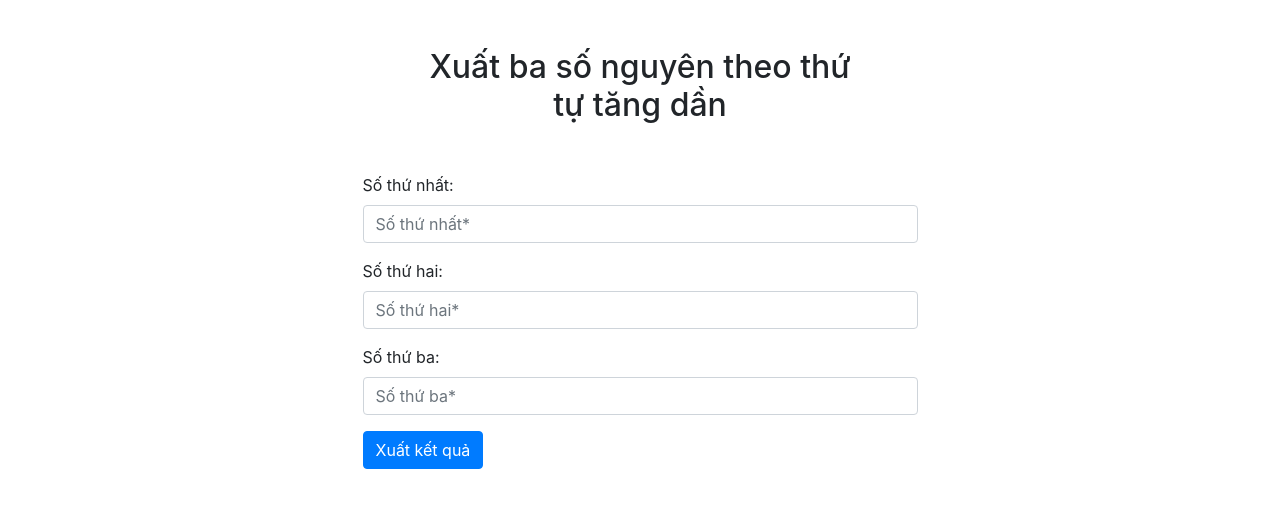
Repository: dovanthao2404/BC14_BaiTap_JS_Buoi_4_dovanthao
Page: html/bai1.html
An editor plug-in stored every save of this project. The page is shown before and after the next save, followed by the edit.
The browser window is 1280 px wide. The pictures show the whole page.

Above is the page before, as saved 2021-07-02 00:33:30.

After the next save:
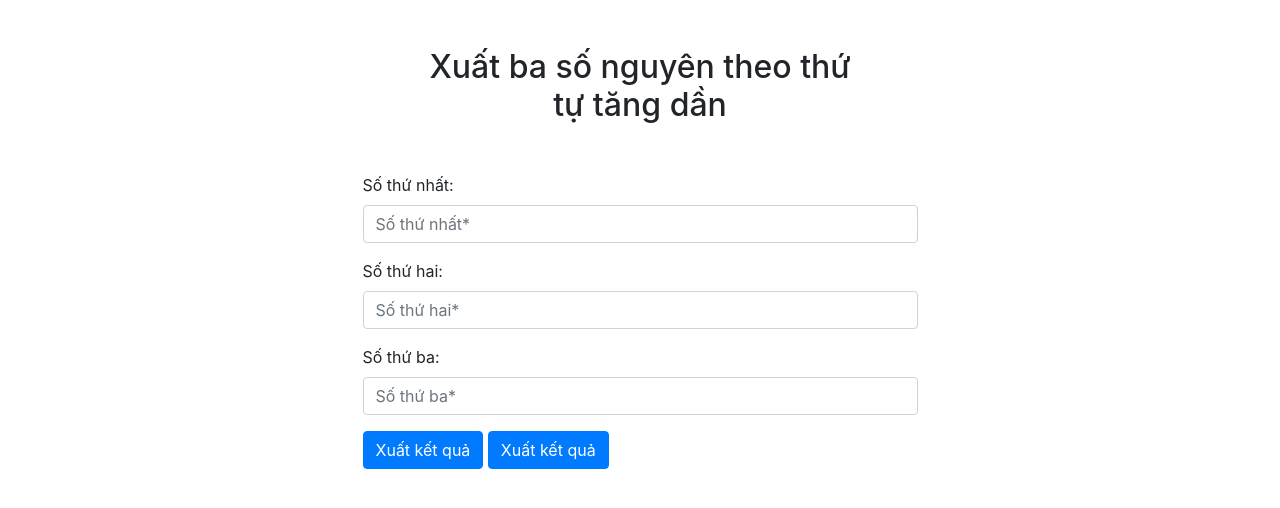
Saved 16 s later.
--- a/html/bai1.html
+++ b/html/bai1.html
@@ -29,6 +29,7 @@
         <input type="text" name="" id="number-3" class="form-control" placeholder="Số thứ ba*">
       </div>
       <button type="button" class="btn btn-primary">Xuất kết quả</button>
+      <button type="reset" class="btn btn-primary">Xuất kết quả</button>
       <div id="ketQua" class='mt-3'>
         <h2 id="xuatKetQua"></h2>
       </div>
